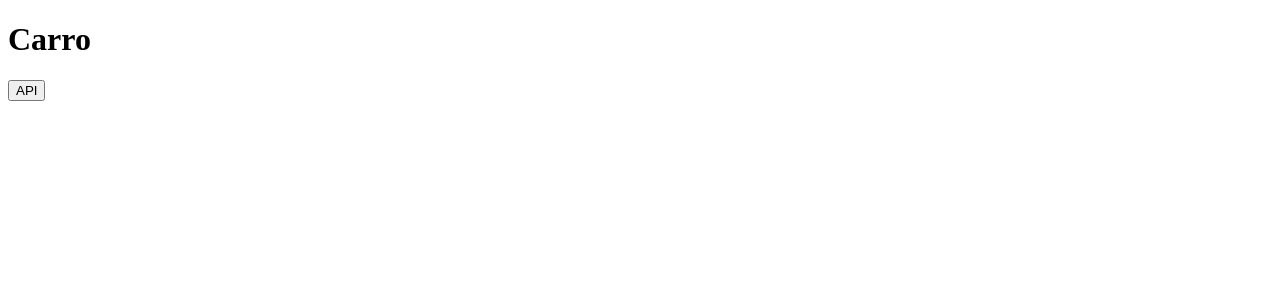
Repository: KennedyWanderson/applying-API
Page: index.html
An editor plug-in stored every save of this project. The page is shown before and after the next save, followed by the edit.
The browser window is 1280 px wide. The pictures show the whole page.

Above is the page before, as saved 2024-01-15 16:14:28.

After the next save:
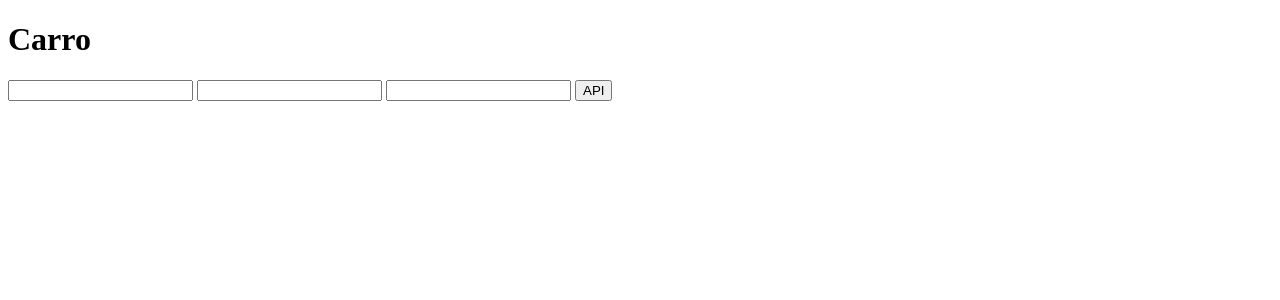
Saved 27 days later.
--- a/index.html
+++ b/index.html
@@ -17,9 +17,9 @@
     <body>
         <h1>Carro</h1>
         <div class="carros" id="carros"></div>
-            <!-- <input type="text" id="link">
             <input type="text" id="link">
-            <input type="text" id="link"> -->
+            <input type="text" id="link">
+            <input type="text" id="link">
 
             <button onclick="Get()">API</button>
     </body>
